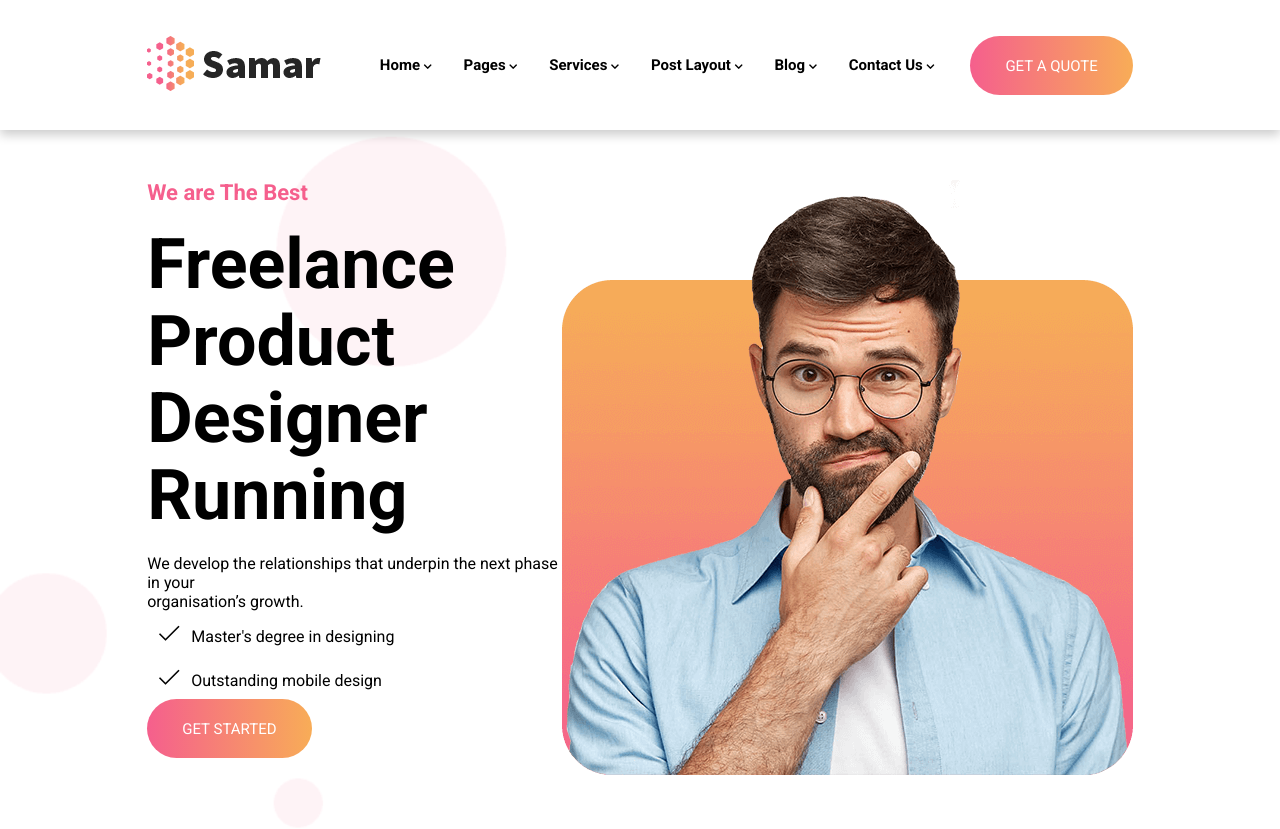
Repository: leequanganh/sammar
Page: html/index.html
These files come from the project's save history. The page is drawn as it stood at one moment and after a run of saves; the edit follows.
The browser window is 1280 px wide. The pictures show the whole page.

Above is the page before, as saved 2021-12-09 14:46:43.

### html/index.html
<!DOCTYPE html>
<html lang="en">
<head>
    <meta charset="UTF-8">
    <meta http-equiv="X-UA-Compatible" content="IE=edge">
    <meta name="viewport" content="width=device-width, initial-scale=1.0">
    <link rel="preconnect" href="https://fonts.googleapis.com">
<link rel="preconnect" href="https://fonts.gstatic.com" crossorigin>
<link href="https://fonts.googleapis.com/css2?family=Roboto:ital,wght@0,100;0,300;0,400;0,700;1,500;1,700;1,900&display=swap" rel="stylesheet">
            <!-- /////////////////// -->
    <link rel="stylesheet" href="../css/flaticon.css">
    <link rel="stylesheet" href="https://cdnjs.cloudflare.com/ajax/libs/line-awesome/1.3.0/line-awesome/css/line-awesome.min.css" integrity="sha512-vebUliqxrVkBy3gucMhClmyQP9On/HAWQdKDXRaAlb/FKuTbxkjPKUyqVOxAcGwFDka79eTF+YXwfke1h3/wfg==" crossorigin="anonymous" referrerpolicy="no-referrer" />
    <link rel="stylesheet" href="https://cdnjs.cloudflare.com/ajax/libs/font-awesome/5.15.4/css/all.min.css" integrity="sha512-1ycn6IcaQQ40/MKBW2W4Rhis/DbILU74C1vSrLJxCq57o941Ym01SwNsOMqvEBFlcgUa6xLiPY/NS5R+E6ztJQ==" crossorigin="anonymous" referrerpolicy="no-referrer" />
                 <!-- ////////////////////// -->
    <link rel="stylesheet" href="../css/index.css">
    <title>Document</title>
</head>
<body>
<!-- header start  -->
    <div class="header" id="navbar">

        <div class="header__contain">
            <div class="header_logo" id="logo">
                <img src="../img/logo-2.png" alt="">
            </div>
            <div class="header_nav">
                <ul>
                    <li> <a href=""> <span>Home</span>
                        <i class="fas fa-chevron-down"></i></a> </li>
                    <li> <a href=""><span>Pages</span>
                        <i class="fas fa-chevron-down"></i></a></li>
                    <li><a href=""> <span>Services</span>
                        <i class="fas fa-chevron-down"></i></a></li>
                    <li><a href=""> <span>Post Layout</span>
                        <i class="fas fa-chevron-down"></i></a></li>
                    <li><a href=""><span>Blog</span>
                        <i class="fas fa-chevron-down"></i></a></li>
                    <li><a href=""><span>Contact Us</span>
                        <i class="fas fa-chevron-down"></i></a></li>
                </ul>
                <div class="btn">
                    <a href="">GET A QUOTE</a>
                </div>
            </div>
        </div>
    </div>
<!-- header end  -->
<!-- banner start  -->
    <div class="banner">
        <div class="banner__contain">
            <div class="banner_text">
                <p>We are The Best</p>
                <h1>Freelance Product <br> Designer Running</h1>
                <p>We develop the relationships that underpin the next phase in your <br>
                    organisation’s growth.</p>
                <span><i class="las la-check"></i>Master's degree in designing</span>
                <span><i class="las la-check"></i>Outstanding mobile design</span>

                <!-- <ul>
                    <li>Master's degree in designing</li>
                    <li>Outstanding mobile design</li>

                </ul> -->
                <div class="btn"><a href="">GET STARTED</a></div>

            </div>
            <div class="banner_img">
                <img src="../img/pic3_1.png" alt="">
            </div>
        </div>
    </div>
<!-- banner end  -->
    <script src="https://code.jquery.com/jquery-3.6.0.min.js" integrity="sha256-/xUj+3OJU5yExlq6GSYGSHk7tPXikynS7ogEvDej/m4=" crossorigin="anonymous"></script>
    <script>
        $(document).ready(function(){
            $(window).scroll(function(){
                if($(this).scrollTop()){
                    $('header').addClass('sticky');
                }else{
                    $('header').removeClass('sticky');
                }
            })
        });
    </script>
</body>
</html>

### css/index.css
*{
padding: 0;
margin: 0;
border: 0;
box-sizing: border-box;
font-family: 'Roboto', sans-serif;
}
body{
    /* height: 9000px;
    background-color: antiquewhite; */
}
/* header-start  */
.header{
    display: flex;
    justify-content: center;
    position: fixed;
        width: 100%;
        top: 0;
    z-index: 1;
    box-shadow: 0px 5px 10px rgba(0, 0, 0,0.2);
    overflow: hidden;
    transition: 0.5s;
    background: rgba(0,0,0,0);
}
.header__contain{
    width: 77%;
    display: flex;
    justify-content: space-between;
    align-items: center;
}
.header_nav {
    width: 80%;
    display: flex;
    justify-content: flex-end;
    align-items: center;
}
ul{
    display: flex;
}
.header_nav ul li{
    transition: 0.3s;
    padding: 55px 16px ;
    list-style: none;
}
.header_nav li a {
    font-size: 15px;
    list-style: none;
    text-decoration: none;
    color: black;
    font-weight: 600;
}
.header_nav li a span{
    line-height: 20px;
}
.header_nav li:hover{
    cursor: pointer;
}
.header_nav li a {
    display: inline-block;
}
span{
    display: inline-block;
}
.header_nav li:hover a span  {
   animation-name: upToDown;
   animation-duration: 0.5s;
   color: #f55f8d;
   cursor: pointer;
}
.header_nav li:hover a i{
   color: #f55f8d;
}
.header_nav li a i{
    font-size: 9px;
}
.header .btn{
    margin-left: 20px;
}
.btn {
    padding: 20px 35px;
    border-radius: 30px;
    border-width: 1px;
    background-image: linear-gradient(to right,#f55f8d 0,#f8ae56 51%,#f55f8d 100%);
    background-position: left bottom;
    background-size: 200%;
    transition: 0.5s;
}
.btn a{
    color: white;
    line-height: 18px;
    font-size: 15px;
    font-weight: 500;
    text-decoration: none;

}
.btn:hover {
    background-position: right center;
}
/* header-end  */
/* banner start  */
.banner {
    background-image: url(../img/pic2.png);
    background-size: cover;
    background-repeat: no-repeat;
    /* background-position: center; */
    padding-top: 130px;
    display: flex;
    flex-direction: row;
    justify-content: center;
}
.banner__contain{
    display: flex;
    /* overflow: visible; */
    padding: 50px 0;
    justify-content: space-between;
    width: 77%;
}
.banner_text{
    display: flex;
    flex-direction: column;
    align-items:flex-start;
}
.banner_text p:first-child{
    /* width: 60%; */
    color: #f55f8d;
    font-size: 22px;
    font-weight: 600;
    line-height: 26px;
    margin-bottom: 20px;
}
.banner_text h1{
    font-size: 70px;
    font-weight: 800;
    line-height: 77px;
    margin-bottom: 20px;

}
.banner_text p:last-child{
    color: #636363;
    font-size: 18px;
    line-height: 28px;
    margin-bottom: 20px;
}
.banner_text span i{
    font-size: 24px;
    padding: 10px;
    background-image: ;

}

.banner_img{
    /* width: 40%; */
}

.banner_img{
    /* position: relative; */
}

/* banner end  */
/* animate  */
@keyframes upToDown {
    49% {
      transform: translateY(100%);
    }
    50% {
      opacity: 0;
      transform: translateY(-100%);
    }
    51% {
      opacity: 1;
    }
  }
/* animate  */

Loaded but not shown: css/flaticon.css (common file)

After the next 2 saves:
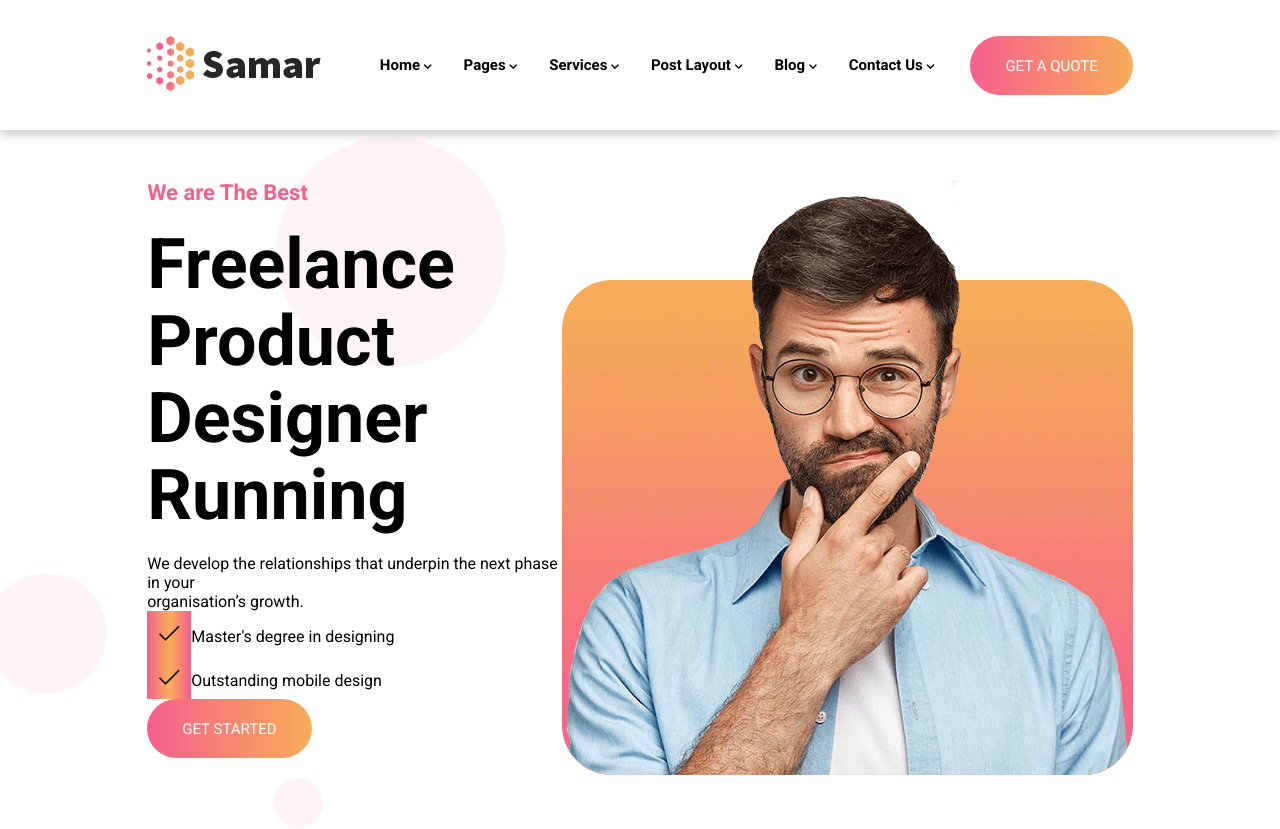
The 2 saves are shown as one change because they came seconds apart.
The last was saved 11 s later.
--- a/css/index.css
+++ b/css/index.css
@@ -144,7 +144,8 @@ span{
 .banner_text span i{
     font-size: 24px;
     padding: 10px;
-    background-image: ;
+    background-image: linear-gradient(to right,#f55f8d 0,#f8ae56 51%,#f55f8d 100%);
+
 
 }
 
